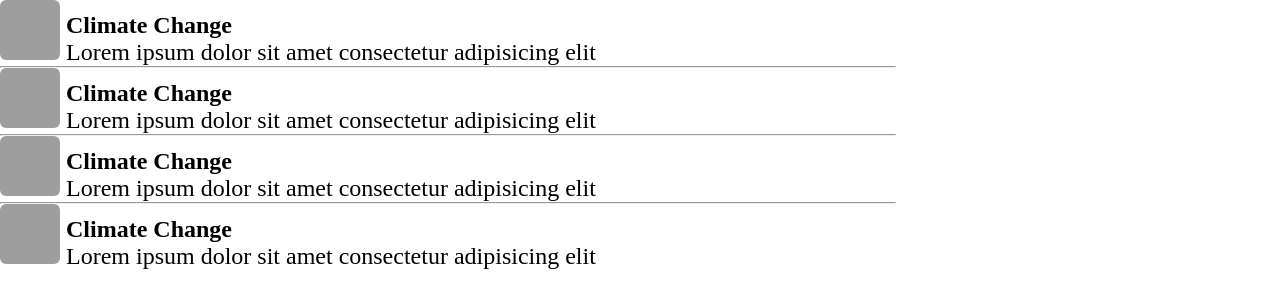
Repository: longNT0dev/C4E132
Page: SS3/index.html
An editor plug-in stored every save of this project. The page is shown before and after the next save, followed by the edit.
The browser window is 1280 px wide. The pictures show the whole page.
Pictures or frames that could not be fetched are drawn as grey boxes.

Above is the page before, as saved 2022-09-28 21:56:25.

### SS3/index.html
<!DOCTYPE html>
<html lang="en">
  <head>
    <meta charset="UTF-8" />
    <meta http-equiv="X-UA-Compatible" content="IE=edge" />
    <meta name="viewport" content="width=device-width, initial-scale=1.0" />
    <title>Document</title>
    <link rel="stylesheet" href="style.css" />
  </head>
  <body>
    <!-- <p>Đây là style theo tên thẻ 1</p>
    <p class="big-font-size">Đây là style theo tên thẻ 2</p>
    <h1 class="class-1 class-2">Đây là style theo tên thẻ</h1>
    <h1 id="id-1" class="big-font-size">Đây là style theo tên thẻ</h1> -->

    <div class="container">

      <div class="item">
        <img
          src="https://cdn.pixabay.com/photo/2015/04/23/22/00/tree-736885__480.jpg"
          alt="avatar"
        />
        <div class="content">
          <h1>Climate Change</h1>
          <p>Lorem ipsum dolor sit amet consectetur adipisicing elit</p>
        </div>
      </div>

      <hr>

      <div class="item">
        <img
          src="https://cdn.pixabay.com/photo/2015/04/23/22/00/tree-736885__480.jpg"
          alt="avatar"
        />
        <div class="content">
          <h1>Climate Change</h1>
          <p>Lorem ipsum dolor sit amet consectetur adipisicing elit</p>
        </div>
      </div>

      <hr>

      <div class="item">
        <img
          src="https://cdn.pixabay.com/photo/2015/04/23/22/00/tree-736885__480.jpg"
          alt="avatar"
        />
        <div class="content">
          <h1>Climate Change</h1>
          <p>Lorem ipsum dolor sit amet consectetur adipisicing elit</p>
        </div>
      </div>

      <hr>

      <div class="item">
        <img
          src="https://cdn.pixabay.com/photo/2015/04/23/22/00/tree-736885__480.jpg"
          alt="avatar"
        />
        <div class="content">
          <h1>Climate Change</h1>
          <p>Lorem ipsum dolor sit amet consectetur adipisicing elit</p>
        </div>
      </div>
    </div>
  </body>
</html>

### SS3/style.css
/* selector  */

/* Chọn theo tên thẻ */
/* p {
    color: red;
    background-color: black;
} */

/* Chọn theo class */
/* .class-1 {
    color: green;
    background-color: black;
}

.big-font-size {
    font-size: 50px;
}

#id-1 {
    color: blue;
    background-color: black;
} */

*{
    margin: 0;
    padding: 0;
    box-sizing: border-box;
    font-size: 24px;
}

.container {
    width: 70%;
    height: auto;
}

.item {
    width: 100%;
    height: 23%;
}

.item img {
    width: 60px;
    height: 60px;
    border-radius: 6px;
}

.content {
    display: inline-block;
    width: auto;
    height: 100%;
}

After the next save:
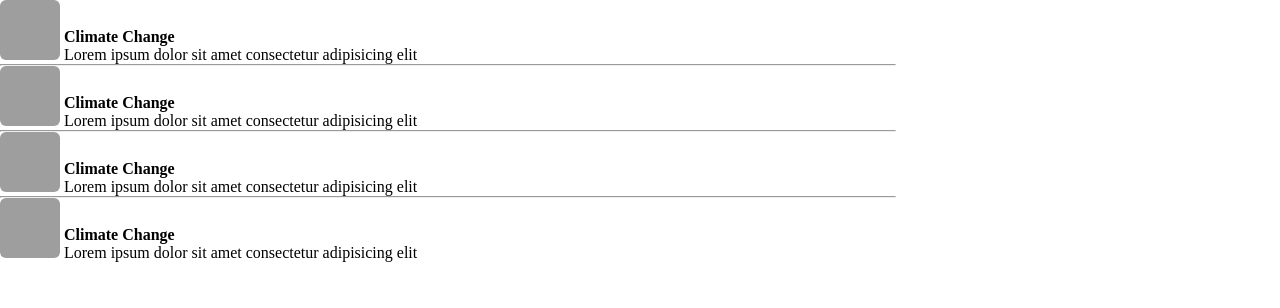
Saved 6 s later.
--- a/SS3/style.css
+++ b/SS3/style.css
@@ -25,7 +25,7 @@
     margin: 0;
     padding: 0;
     box-sizing: border-box;
-    font-size: 24px;
+    font-size: 16px;
 }
 
 .container {
